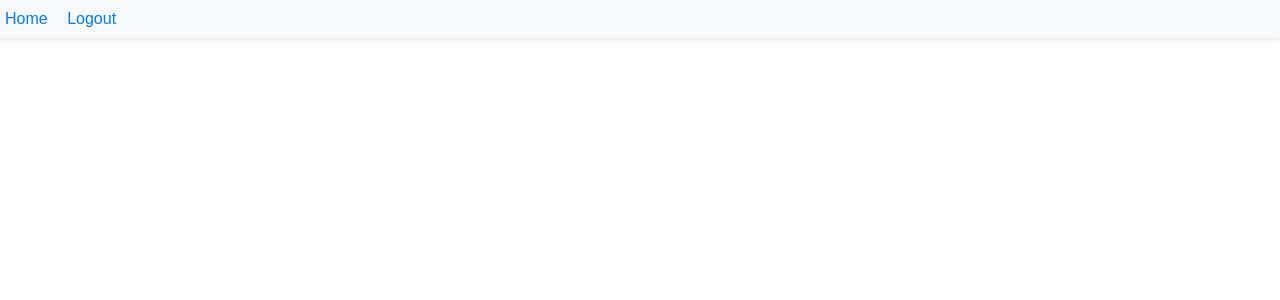
Repository: Faisal-Abdo/Savings_App_Django
Page: http://localhost/home/
These files come from the project's save history. The page is drawn as it stood at one moment and after the next save; the edit follows.
The browser window is 1280 px wide. The pictures show the whole page.
The page is served by the project's application, run on Django 4.2 (manage.py). Other server files are loaded and not shown.

Above is the page before, as saved 2024-07-24 23:44:35.

### registration/templates/home.html
<!DOCTYPE html>
<html lang="en">
<head>
    <meta charset="UTF-8">
    <meta name="viewport" content="width=device-width, initial-scale=1.0">
    <title>Home</title>
    <style>
        body {
            font-family: Arial, sans-serif;
            margin: 0;
            padding: 0;
        }
        .header {
            position: fixed;
            top: 0;
            right: 0;
            background-color: #f8f9fa;
            padding: 10px;
            width: 100%;
            box-shadow: 0 2px 4px rgba(0, 0, 0, 0.1);
        }
        .header a {
            text-decoration: none;
            color: #007bff;
            font-size: 16px;
            margin-left: 15px;
        }
        .header a:hover {
            text-decoration: underline;
        }
        .content {
            margin-top: 60px; /* Space for fixed header */
            padding: 20px;
        }
    </style>
</head>
<body>
    <div class="header">
        <a href="{% url 'home' %}">Home</a>
        <a href="{% url 'logout' %}">Logout</a>
    </div>
    <div class="content">
        <!-- Page content goes here -->
    </div>
</body>
</html>

### registration/views.py
from django.shortcuts import render, redirect
from django.http import HttpResponse
from django.forms import inlineformset_factory
from django.contrib.auth.forms import UserCreationForm
from .forms import CreateUserForm
from django.contrib import messages
from django.contrib.auth import authenticate, login, logout


# Create your views here.
def home(request):
    return render(request, 'home.html')

def register(request):
    form = CreateUserForm()
    if request.method == 'POST':
        form = CreateUserForm(request.POST)
        if form.is_valid():
            form.save()
            messages.success(request, 'Account created successefully')
            return redirect('login')
    context = {'form': form}
    return render(request, 'authentication/register.html', context)

def login_view(request):
    if request.method == "POST":
        email = request.POST.get('email')
        password = request.POST.get('password')
        user = authenticate(request, username= email, password= password)
        if user is not None:
            login(request, user)
            return redirect('home')
        else:
            messages.error(request, 'Invalid email or password')
    return render(request, 'authentication/login.html')

def logoutUser(request):
    logout(request)
    return redirect('login')

### savings_app/urls.py
"""
URL configuration for savings_app project.

The `urlpatterns` list routes URLs to views. For more information please see:
    https://docs.djangoproject.com/en/4.2/topics/http/urls/
Examples:
Function views
    1. Add an import:  from my_app import views
    2. Add a URL to urlpatterns:  path('', views.home, name='home')
Class-based views
    1. Add an import:  from other_app.views import Home
    2. Add a URL to urlpatterns:  path('', Home.as_view(), name='home')
Including another URLconf
    1. Import the include() function: from django.urls import include, path
    2. Add a URL to urlpatterns:  path('blog/', include('blog.urls'))
"""
from django.contrib import admin
from django.urls import path, include
from django.shortcuts import redirect

urlpatterns = [
    path('admin/', admin.site.urls),
    path('', lambda request: redirect('login/', permanent=True)),
    path('', include('registration.urls')),
]

### registration/urls.py
from django.urls import path
from . import views

urlpatterns = [
    path('home/', views.home, name='home'),
    path('logout/', views.logoutUser, name='logout'),
    path('register/', views.register, name='register'),
    path('login/', views.login_view, name='login'),
]

After the next save:
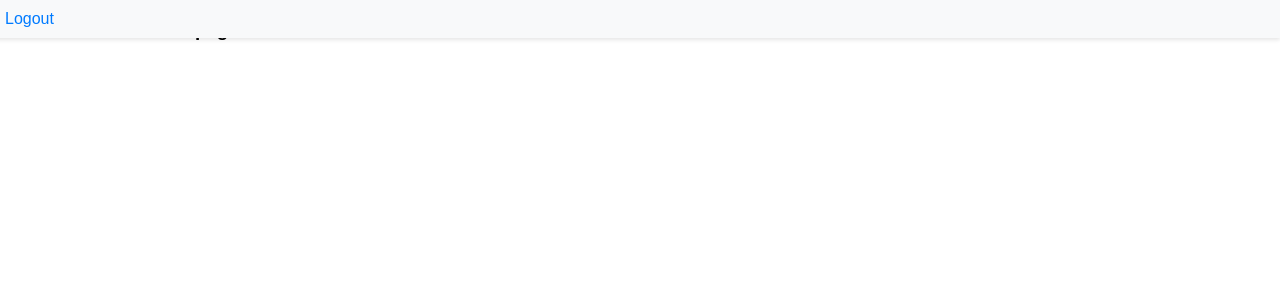
Saved 3 min 16 s later.
--- a/registration/templates/home.html
+++ b/registration/templates/home.html
@@ -35,8 +35,9 @@
     </style>
 </head>
 <body>
+    <h3>Welcome to the Homepage</h3>
     <div class="header">
-        <a href="{% url 'home' %}">Home</a>
+
         <a href="{% url 'logout' %}">Logout</a>
     </div>
     <div class="content">

After the 2 saves that followed:
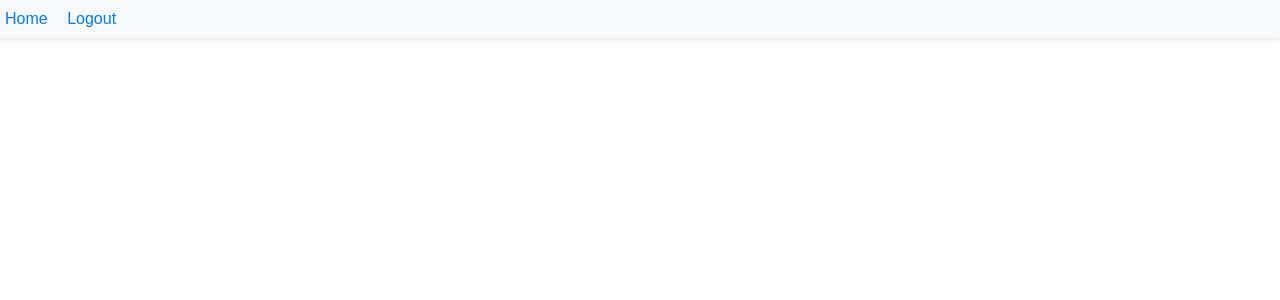
The 2 saves are shown as one change because 1 left the picture as it was.
The last was saved 67 s later.
--- a/registration/templates/home.html
+++ b/registration/templates/home.html
@@ -35,9 +35,8 @@
     </style>
 </head>
 <body>
-    <h3>Welcome to the Homepage</h3>
     <div class="header">
-
+        <a href="{% url 'home' %}">Home</a>
         <a href="{% url 'logout' %}">Logout</a>
     </div>
     <div class="content">
